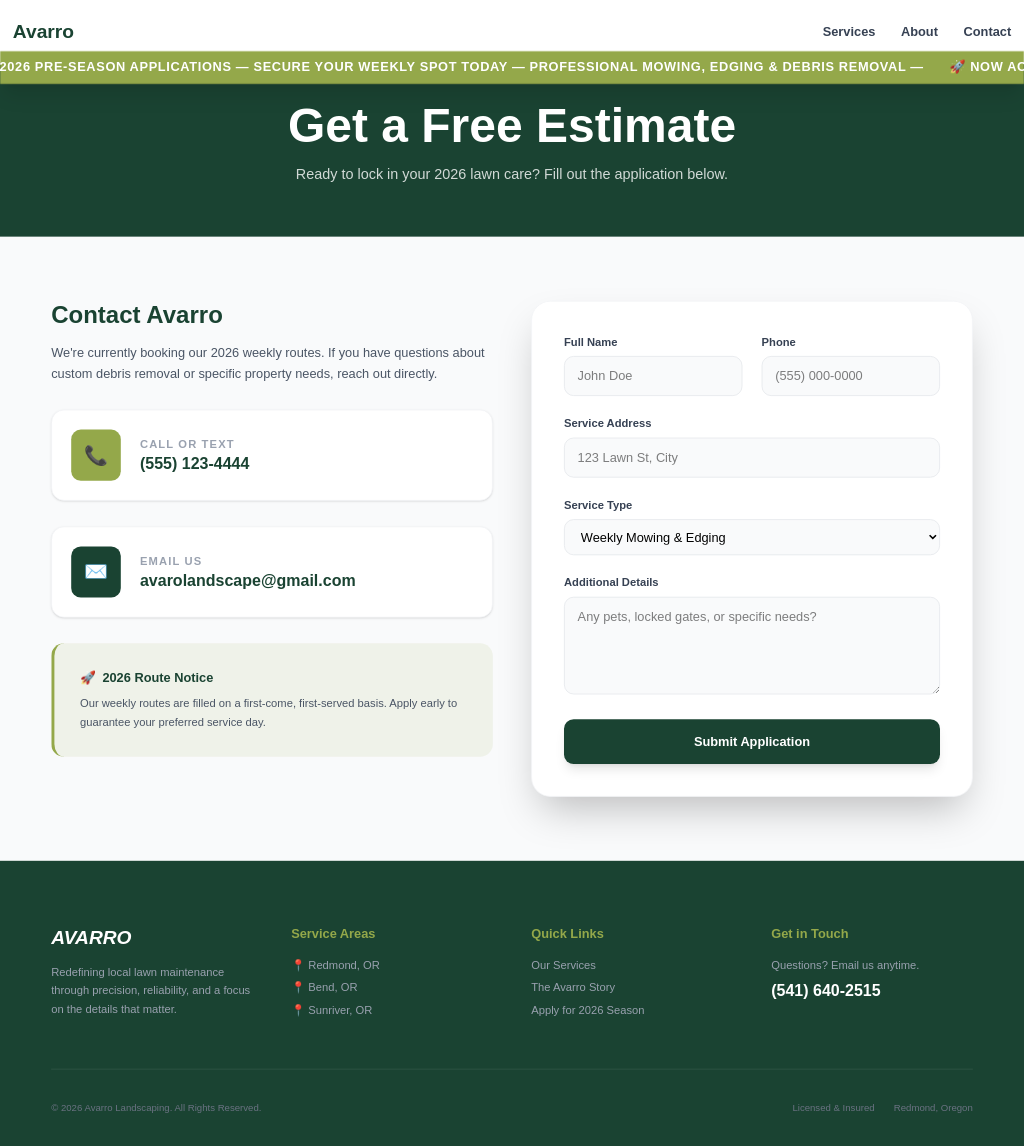
Repository: KalebMalone/Avarro
Page: /contact
These files come from the project's save history. The page is drawn as it stood at one moment and after the next save; the edit follows.
The browser window is 1280 px wide. The pictures show the whole page, at 80% of full size.
The project was rebuilt for these pictures with package versions that can differ from the ones it lists, and the page was loaded fresh each time. Also part of the build but not shown: vite.config.js, src/components/Hero.jsx, src/components/Services.jsx, src/pages/Home.jsx, src/pages/About.jsx.

Above is the page before, as saved 2026-01-28 18:10:36.

### index.html
<!doctype html>
<html lang="en">
  <head>
    <meta charset="UTF-8" />
    <link rel="icon" type="image/svg+xml" href="/vite.svg" />
    <meta name="viewport" content="width=device-width, initial-scale=1.0" />
    <title>avarro-site</title>
  </head>
  <body>
    <div id="root"></div>
    <script type="module" src="/src/main.jsx"></script>
  </body>
</html>

### src/index.css
@import "tailwindcss";

html,
body {
    background-color: #f9fafb;
    margin: 0;
    padding: 0;
    overflow-x: hidden;
    font-family: sans-serif;
}

input,
textarea {
    font-size: 16px !important;
}

@keyframes marquee {
    0% {
        transform: translateX(0);
    }

    100% {
        transform: translateX(-33.33%);
    }
}

.animate-marquee-custom {
    display: flex;
    width: max-content;
    animation: marquee 40s linear infinite;
}

.marquee-container {
    overflow: hidden;
    display: flex;
    white-space: nowrap;
    width: 100vw;
}

### src/App.jsx
import { BrowserRouter as Router, Routes, Route } from "react-router-dom";
import Navbar from "./components/Navbar";
import Footer from "./components/Footer";
import ScrollToTop from "./components/ScrollToTop";
import Home from "./pages/Home";
import About from "./pages/About";
import ServicesPage from "./components/Services";
import Contact from "./pages/Contact";
import { Analytics } from "@vercel/analytics/react";

function App() {
    return (
        <Router>
            <Analytics />
            <ScrollToTop />
            <Navbar />
            <div className="fixed top-[64px] left-0 w-full z-[999] bg-[#94a84a] text-white py-2 shadow-xl marquee-container border-b border-black/10">
                <div className="animate-marquee-custom">
                    {[1, 2, 3].map((i) => (
                        <span key={i} className="text-sm md:text-base font-bold px-4 tracking-wider whitespace-nowrap">
                            🚀 NOW ACCEPTING 2026 PRE-SEASON APPLICATIONS — SECURE YOUR WEEKLY SPOT TODAY — PROFESSIONAL MOWING, EDGING & DEBRIS REMOVAL —
                        </span>
                    ))}
                </div>
            </div>
            <Routes>
                <Route path="/" element={<Home />} />
                <Route path="/about" element={<About />} />
                <Route path="/services" element={<ServicesPage />} />
                <Route path="/contact" element={<Contact />} />
            </Routes>
            <Footer />
        </Router>
    );
}

export default App;

### src/components/Navbar.jsx
import { Link } from "react-router-dom";

export default function Navbar() {
    return (
        <nav className="fixed top-0 left-0 w-full h-20 bg-white shadow-md z-[100] flex items-center">
            <div className="max-w-7xl mx-auto px-4 w-full flex items-center justify-between">
                <Link to="/" className="text-xl sm:text-2xl font-extrabold text-[#1a4332] no-underline">
                    Avarro
                </Link>

                <div className="flex space-x-3 sm:space-x-8 font-semibold text-gray-700 text-sm sm:text-base">
                    <Link to="/services" className="no-underline hover:text-[#1a4332] transition">Services</Link>
                    <Link to="/about" className="no-underline hover:text-[#1a4332] transition">About</Link>
                    <Link to="/contact" className="no-underline hover:text-[#1a4332] transition">Contact</Link>
                </div>
            </div>
        </nav>
    );
}

### src/components/Footer.jsx
import { Link } from "react-router-dom";

export default function Footer() {
    return (
        <footer className="bg-[#1a4332] text-white pt-20 pb-10 px-6">
            <div className="max-w-6xl mx-auto grid grid-cols-1 md:grid-cols-4 gap-12 border-b border-white/10 pb-16">
                <div className="col-span-1 md:col-span-1">
                    <h3 className="text-2xl font-bold mb-4 italic">AVARRO</h3>
                    <p className="text-gray-400 text-sm leading-relaxed">
                        Redefining local lawn maintenance through precision, reliability, and a focus on the details that matter.
                    </p>
                </div>
                <div>
                    <h4 className="font-bold mb-4 text-[#94a84a]">Service Areas</h4>
                    <ul className="text-gray-400 text-sm space-y-2">
                        <li>📍 Redmond, OR</li>
                        <li>📍 Bend, OR</li>
                        <li>📍 Sunriver, OR</li>
                    </ul>
                </div>
                <div>
                    <h4 className="font-bold mb-4 text-[#94a84a]">Quick Links</h4>
                    <ul className="text-gray-400 text-sm space-y-2">
                        <li>
                            <Link to="/services" className="hover:text-white transition no-underline">Our Services</Link>
                        </li>
                        <li>
                            <Link to="/about" className="hover:text-white transition no-underline">The Avarro Story</Link>
                        </li>
                        <li>
                            <Link to="/contact" className="hover:text-white transition no-underline">Apply for 2026 Season</Link>
                        </li>
                    </ul>
                </div>
                <div>
                    <h4 className="font-bold mb-4 text-[#94a84a]">Get in Touch</h4>
                    <p className="text-gray-400 text-sm mb-2">Questions? Email us anytime.</p>
                    <p className="text-xl font-bold">(541) 640-2515</p>
                </div>
            </div>
            <div className="max-w-6xl mx-auto pt-10 flex flex-col md:flex-row justify-between items-center text-gray-500 text-xs">
                <p>© 2026 Avarro Landscaping. All Rights Reserved.</p>
                <div className="flex space-x-6 mt-4 md:mt-0">
                    <span>Licensed & Insured</span>
                    <span>Redmond, Oregon</span>
                </div>
            </div>
        </footer>
    );
}

### src/components/ScrollToTop.jsx
import { useEffect } from "react";
import { useLocation } from "react-router-dom";

export default function ScrollToTop() {
    const { pathname } = useLocation();
    useEffect(() => {
        window.scrollTo(0, 0);
    }, [pathname]);

    return null;
}

### src/pages/Contact.jsx
import { useState, useRef } from "react";
import emailjs from '@emailjs/browser';

export default function Contact() {
    const form = useRef();
    const [isSubmitted, setIsSubmitted] = useState(false);
    const [loading, setLoading] = useState(false);

    const sendEmail = (e) => {
        e.preventDefault();
        setLoading(true);

        emailjs.sendForm('service_xxoqx6m', 'template_vzcvfnc', form.current, 'D0V8ORrzpKUX8B70_')
            .then((result) => {
                setIsSubmitted(true);
                setLoading(false);
            }, (error) => {
                alert("Something went wrong. Please try again or call us!");
                setLoading(false);
            });
    };

    if (isSubmitted) {
        return (
            <div className="pt-40 pb-24 px-6 text-center bg-white min-h-[80vh] flex flex-col items-center justify-center">
                <div className="bg-[#94a84a]/10 p-6 rounded-full text-5xl mb-6">✅</div>
                <h1 className="text-4xl font-extrabold text-[#1a4332] mb-4">Application Sent!</h1>
                <p className="text-gray-600 max-w-md mx-auto mb-10 text-lg">
                    Thanks for reaching out! I'll personally review your property and get back to you with a quote within 24 hours.
                </p>
                <button
                    onClick={() => setIsSubmitted(false)}
                    className="bg-[#1a4332] text-white px-8 py-3 rounded-full font-bold transition-all hover:bg-[#94a84a]"
                >
                    Back to Form
                </button>
            </div>
        );
    }
    return (
        <div className="bg-white">
            <section className="pt-32 pb-16 bg-[#1a4332] text-center text-white">
                <h1 className="text-4xl md:text-6xl font-extrabold mb-4">Get a Free Estimate</h1>
                <p className="text-lg opacity-80 max-w-2xl mx-auto px-6">
                    Ready to lock in your 2026 lawn care? Fill out the application below.
                </p>
            </section>
            <section className="py-20 px-6 bg-gray-50">
                <div className="max-w-6xl mx-auto grid grid-cols-1 lg:grid-cols-2 gap-12">
                    <div className="space-y-8">
                        <div>
                            <h2 className="text-3xl font-bold text-[#1a4332] mb-4">Contact Avarro</h2>
                            <p className="text-gray-600 leading-relaxed">
                                We're currently booking our 2026 weekly routes. If you have questions about custom debris removal or specific property needs, reach out directly.
                            </p>
                        </div>
                        <div className="group bg-white p-6 rounded-2xl shadow-sm border border-gray-100 flex items-center space-x-6 hover:shadow-md transition-all">
                            <div className="bg-[#94a84a] text-white p-4 rounded-xl text-2xl group-hover:scale-110 transition-transform">
                                📞
                            </div>
                            <div>
                                <h4 className="text-sm uppercase tracking-widest text-gray-400 font-bold">Call or Text</h4>
                                <p className="text-xl font-bold text-[#1a4332]">(555) 123-4444</p>
                            </div>
                        </div>
                        <div className="group bg-white p-6 rounded-2xl shadow-sm border border-gray-100 flex items-center space-x-6 hover:shadow-md transition-all">
                            <div className="bg-[#1a4332] text-white p-4 rounded-xl text-2xl group-hover:scale-110 transition-transform">
                                ✉️
                            </div>
                            <div>
                                <h4 className="text-sm uppercase tracking-widest text-gray-400 font-bold">Email Us</h4>
                                <p className="text-xl font-bold text-[#1a4332]">avarolandscape@gmail.com</p>
                            </div>
                        </div>
                        <div className="bg-[#94a84a]/10 p-8 rounded-2xl border-l-4 border-[#94a84a]">
                            <h4 className="font-bold text-[#1a4332] mb-2 flex items-center">
                                <span className="mr-2">🚀</span> 2026 Route Notice
                            </h4>
                            <p className="text-gray-600 text-sm leading-relaxed">
                                Our weekly routes are filled on a first-come, first-served basis. Apply early to guarantee your preferred service day.
                            </p>
                        </div>
                    </div>
                    <div className="bg-white p-8 md:p-10 rounded-3xl shadow-2xl border border-gray-100">
                        <form ref={form} onSubmit={sendEmail} className="space-y-6">
                            <div className="grid grid-cols-1 md:grid-cols-2 gap-6">
                                <div>
                                    <label className="block text-sm font-bold text-gray-700 mb-2">Full Name</label>
                                    <input name="user_name" required type="text" placeholder="John Doe" className="w-full px-4 py-3 rounded-xl border border-gray-200 outline-none focus:ring-2 focus:ring-[#94a84a] transition-all bg-gray-50 focus:bg-white" />
                                </div>
                                <div>
                                    <label className="block text-sm font-bold text-gray-700 mb-2">Phone</label>
                                    <input name="user_phone" required type="tel" placeholder="(555) 000-0000" className="w-full px-4 py-3 rounded-xl border border-gray-200 outline-none focus:ring-2 focus:ring-[#94a84a] transition-all bg-gray-50 focus:bg-white" />
                                </div>
                            </div>
                            <div>
                                <label className="block text-sm font-bold text-gray-700 mb-2">Service Address</label>
                                <input name="user_address" required type="text" placeholder="123 Lawn St, City" className="w-full px-4 py-3 rounded-xl border border-gray-200 outline-none focus:ring-2 focus:ring-[#94a84a] transition-all bg-gray-50 focus:bg-white" />
                            </div>
                            <div>
                                <label className="block text-sm font-bold text-gray-700 mb-2">Service Type</label>
                                <select name="service_type" className="w-full px-4 py-3 rounded-xl border border-gray-200 outline-none bg-gray-50 focus:bg-white cursor-pointer">
                                    <option>Weekly Mowing & Edging</option>
                                    <option>Debris Removal</option>
                                    <option>Weed Control</option>
                                    <option>Custom Request</option>
                                </select>
                            </div>
                            <div>
                                <label className="block text-sm font-bold text-gray-700 mb-2">Additional Details</label>
                                <textarea name="message" rows="4" placeholder="Any pets, locked gates, or specific needs?" className="w-full px-4 py-3 rounded-xl border border-gray-200 outline-none focus:ring-2 focus:ring-[#94a84a] transition-all bg-gray-50 focus:bg-white"></textarea>
                            </div>
                            <button
                                type="submit"
                                disabled={loading}
                                className="w-full bg-[#1a4332] hover:bg-[#94a84a] text-white font-bold py-4 rounded-xl shadow-lg transition-all active:scale-95 disabled:opacity-50"
                            >
                                {loading ? "Sending..." : "Submit Application"}
                            </button>
                        </form>
                    </div>
                </div>
            </section>
        </div>
    );
}

Loaded but not shown: src/main.jsx (common file)

After the next save:
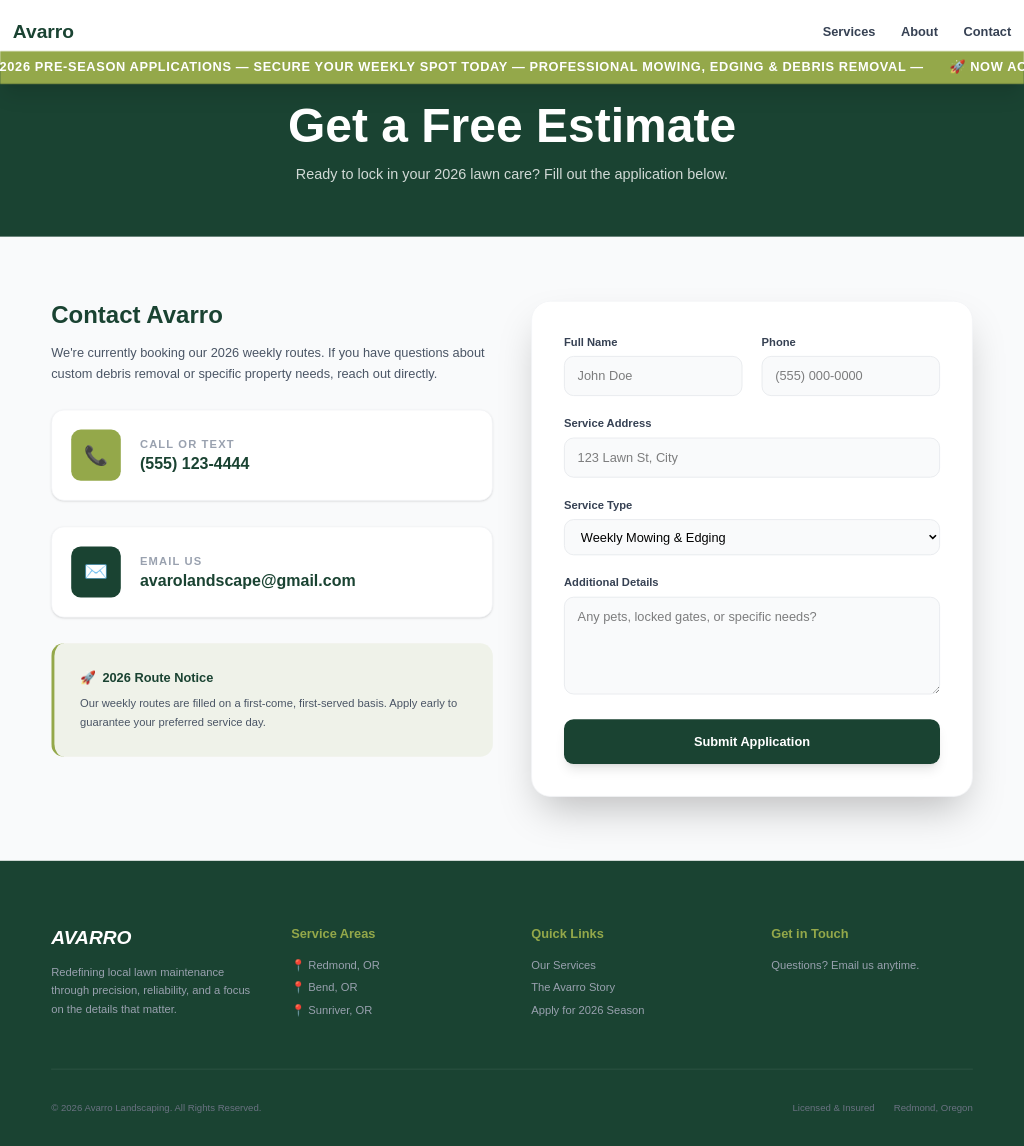
Saved 5 s later.
--- a/src/components/Footer.jsx
+++ b/src/components/Footer.jsx
@@ -35,7 +35,7 @@
                 <div>
                     <h4 className="font-bold mb-4 text-[#94a84a]">Get in Touch</h4>
                     <p className="text-gray-400 text-sm mb-2">Questions? Email us anytime.</p>
-                    <p className="text-xl font-bold">(541) 640-2515</p>
+                    <p className="text-xl font-bold"></p>
                 </div>
             </div>
             <div className="max-w-6xl mx-auto pt-10 flex flex-col md:flex-row justify-between items-center text-gray-500 text-xs">
